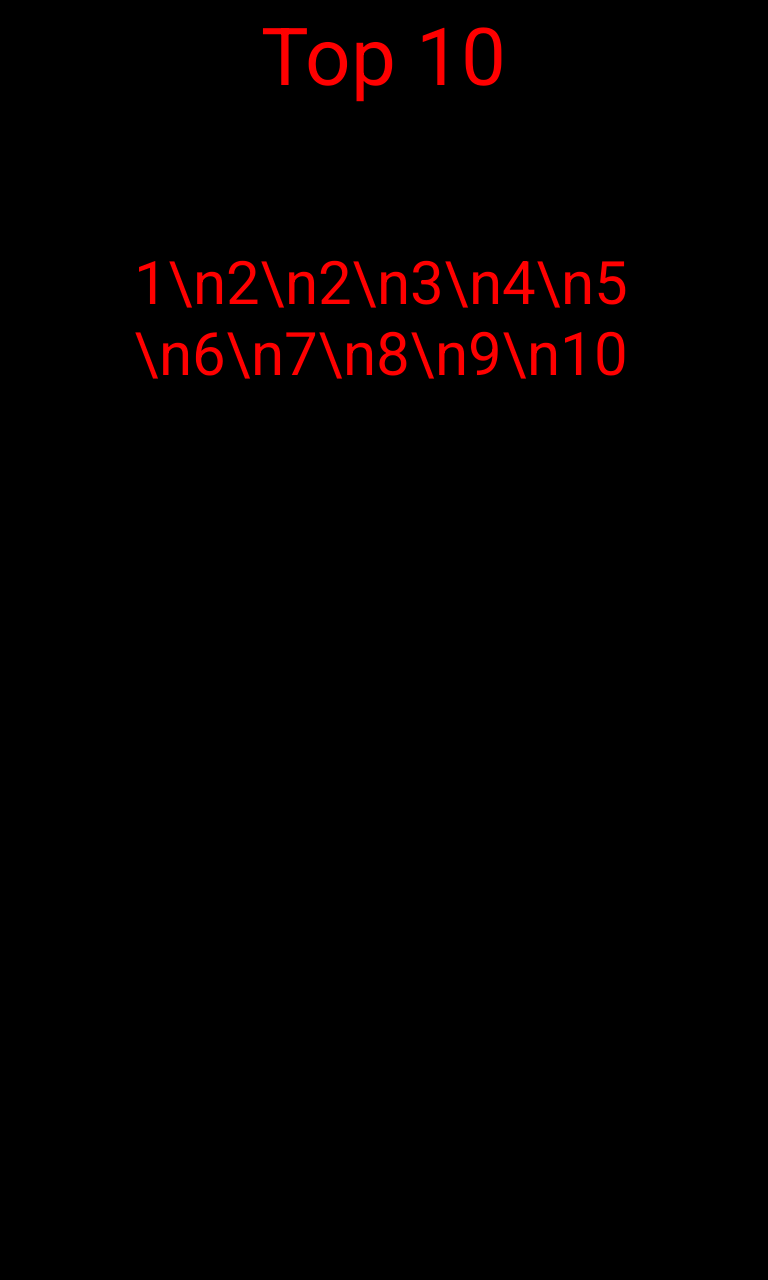
Repository: tofuninja/Rotate
Layout: Rotate/res/layout/high_score_screen.xml
The author's editor kept a copy of each file at every save. The layout is drawn from the files as they stood at one save, then again after the next save.
It is drawn on a 768 x 1280 px phone screen (xhdpi) without system bars, with theme android:Theme.NoTitleBar.Fullscreen; the app's code is not run.

Above is the layout before, as saved 2014-05-03 12:53:44.

After the next save:
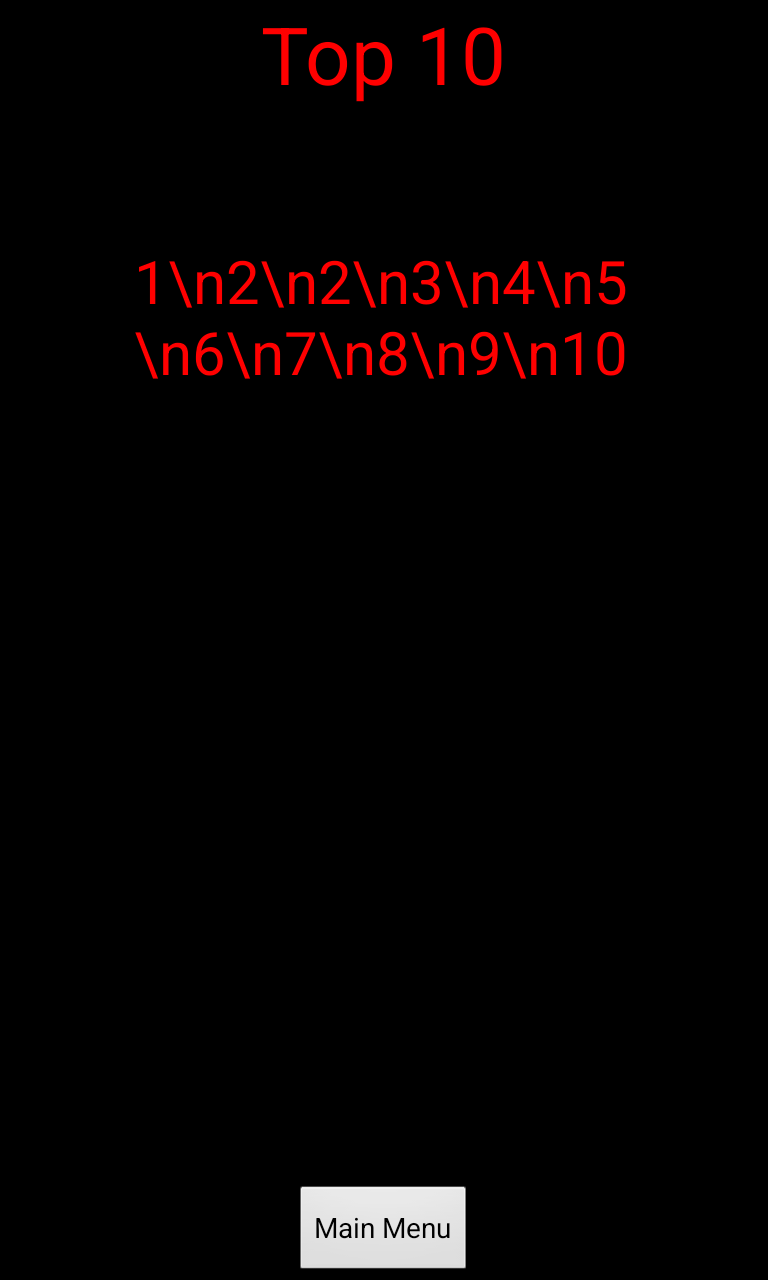
Saved 10 min 47 s later.
--- a/Rotate/res/layout/high_score_screen.xml
+++ b/Rotate/res/layout/high_score_screen.xml
@@ -30,6 +30,14 @@
             android:textColor="#ff0000"
             android:textSize="30sp" />
 
+        <Button
+            android:id="@+id/button_main_menu_from_score"
+            android:layout_width="wrap_content"
+            android:layout_height="wrap_content"
+            android:layout_alignParentBottom="true"
+            android:layout_centerHorizontal="true"
+            android:text="Main Menu" />
+
     </RelativeLayout>
 
 </FrameLayout>
